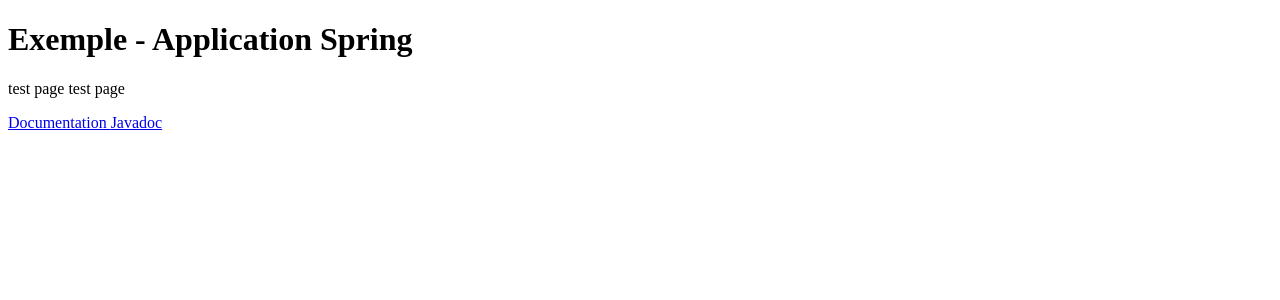
Repository: teddyruppin/GitFormateur
Page: http://localhost/Spring-MVC/
These files come from the project's save history. The page is drawn as it stood at one moment and after the next save; the edit follows.
The browser window is 1280 px wide. The pictures show the whole page.
The page is served by Tomcat 9. Nobody is signed in. The application's start-up code is not run.

Above is the page before, as saved 2020-01-08 15:46:32.

After the next save:
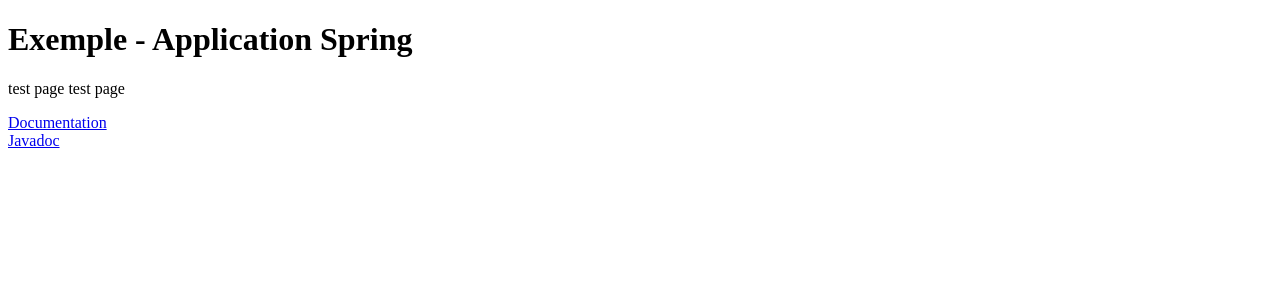
Saved 35 s later.
--- a/src/projpoo1/Spring-MVC/WebContent/index.jsp
+++ b/src/projpoo1/Spring-MVC/WebContent/index.jsp
@@ -10,7 +10,7 @@
 	<h1> Exemple - Application Spring</h1>
 	<p> test page test page </p>
 
-	<a href="documentation.jsp"> Documentation </a>
+	<a href="documentation.jsp"> Documentation </a> </br>
 	<a href="javadoc.jsp"> Javadoc </a>
 </body>
 </html>
